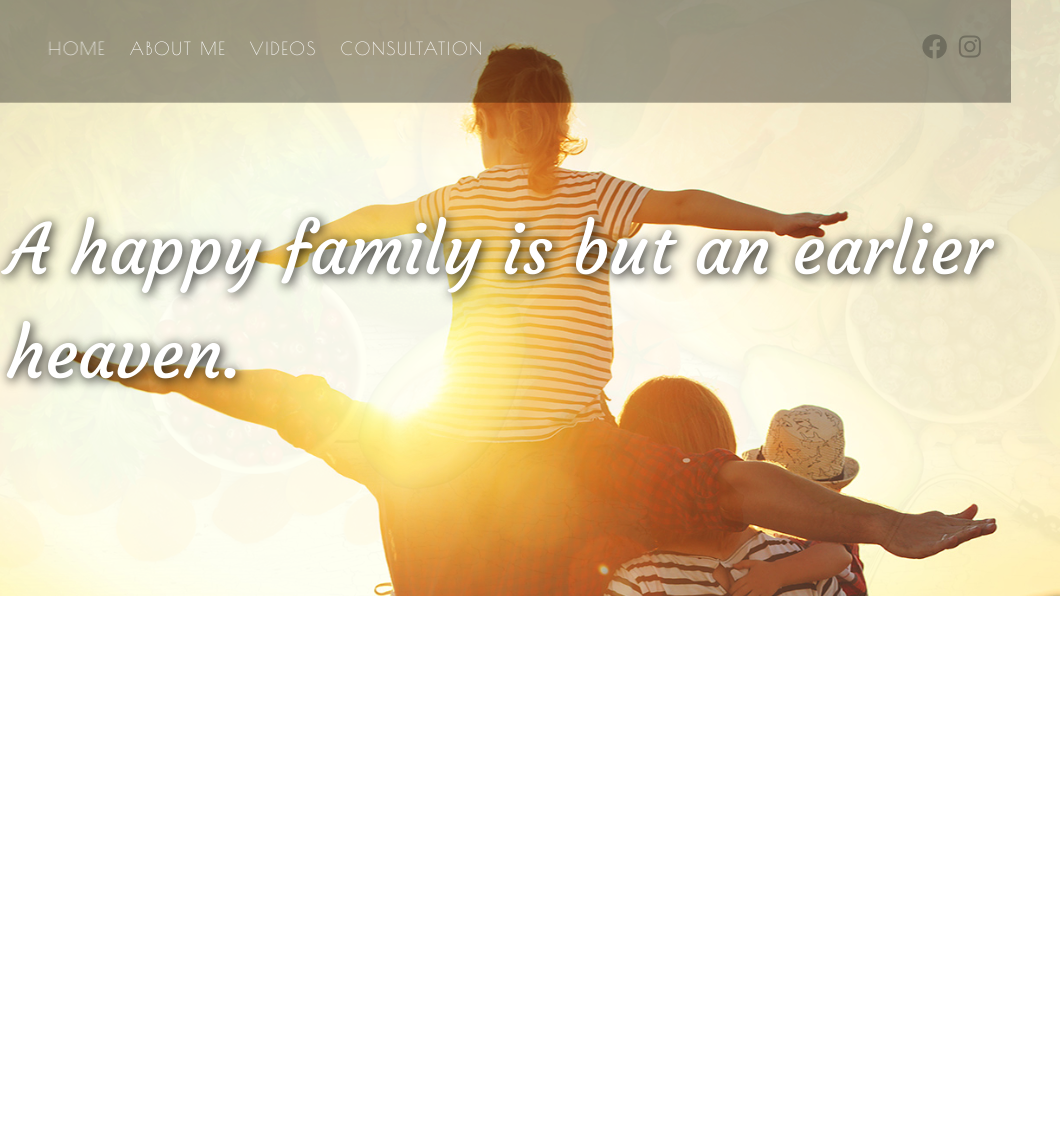
Repository: Aleksandre19/cv-ucmp
Page: index.html
The author's editor kept a record of every edit. The page is drawn from the files as they stood at one moment, then again after the next edit.
The browser window is 1280 px wide. The page is 1342 px wide, so the pictures cover 1342 px, including what lies to the right of the window. The pictures show the whole page, at 79% of full size.
Backgrounds fixed to the window are drawn as part of the page. Some web libraries are served in a nearby version.

Above is the page before.

After the next edit:
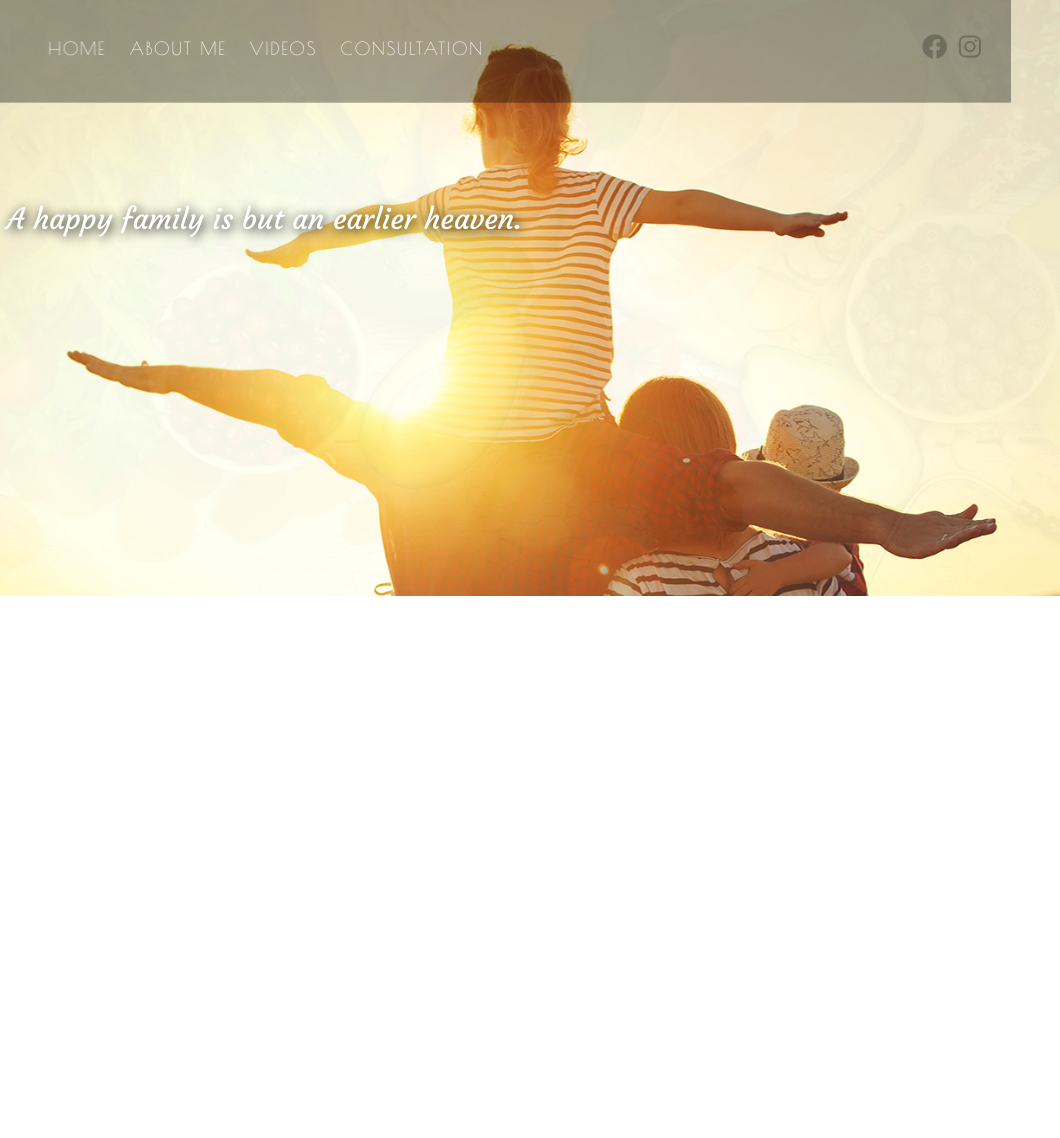
The edit:
--- a/assets/css/style.css
+++ b/assets/css/style.css
@@ -267,8 +267,8 @@
 
 
 
-     0% {
-        content: "What you eat is what you will look";
+     41% {
+
         font-size: 0em;
     }
     8% {
